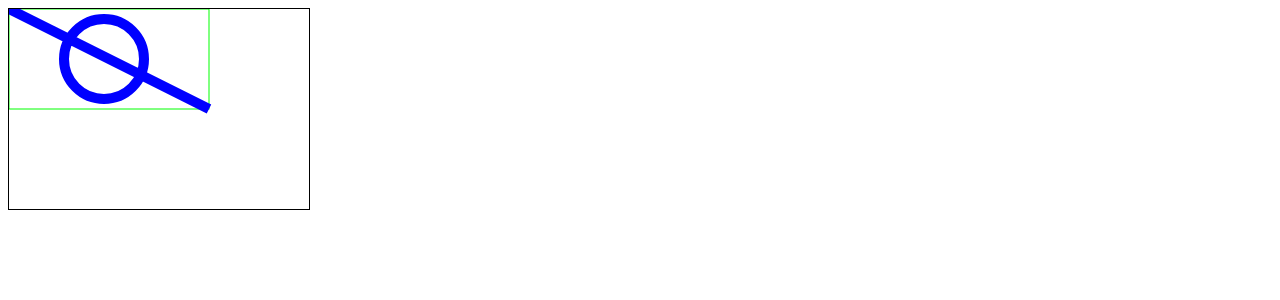
Repository: BhardwajMonika/core-java
Page: HTML2/WebContent/Canvas1.html
An editor plug-in stored every save of this project. The page is shown before and after the next save, followed by the edit.
The browser window is 1280 px wide. The pictures show the whole page.

Above is the page before, as saved 2019-02-27 09:33:22.

After the next save:
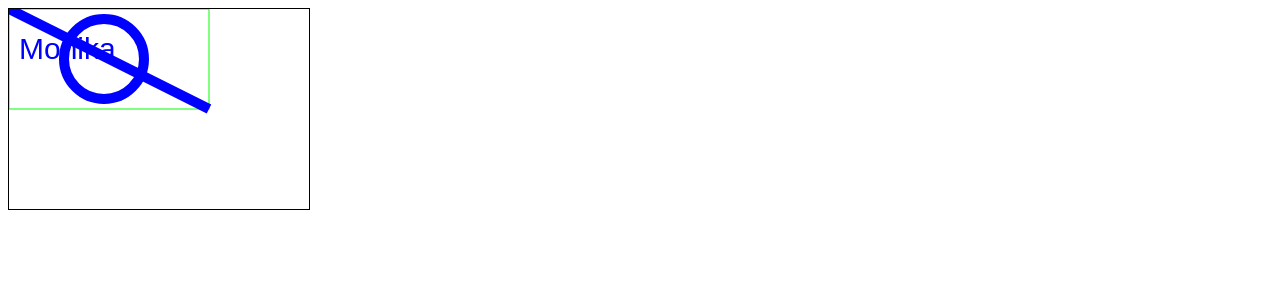
Saved 82 s later.
--- a/HTML2/WebContent/Canvas1.html
+++ b/HTML2/WebContent/Canvas1.html
@@ -19,7 +19,6 @@
 	ctx.drawStyle = "#FF0000";
 	ctx.strokeStyle="#00FF00";
 	ctx.strokeRect(0, 0, 200, 100);
-	ctx.stroke();
 
 	ctx.beginPath();
 	ctx.strokeStyle="#FF0000"
@@ -32,6 +31,10 @@
 
 	ctx.strokeStyle='#0000ff';
 	ctx.stroke();
+
+	ctx.font="30px Arial";
+	ctx.fillStyle='blue';
+	ctx.fillText("Monika",10,50);
 </script>
 
 </body>
